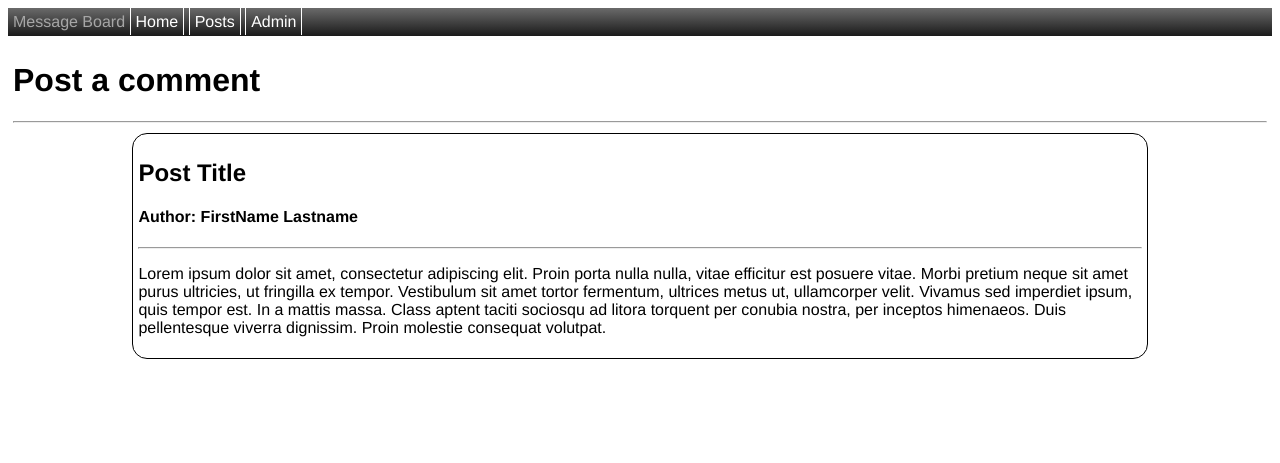
Repository: JesseFo/Whitespace
Page: http://localhost/whitespace/WEB-INF/comment.jsp
These files come from the project's save history. The page is drawn as it stood at one moment and after the next save; the edit follows.
The browser window is 1280 px wide. The pictures show the whole page.
The page is served by Tomcat 9. Nobody is signed in. Other server files are loaded and not shown. The template is opened directly, without the code that normally fills it, so the values that code supplies are empty.

Above is the page before, as saved 2015-12-05 08:37:00.

### whitespace/WebContent/WEB-INF/comment.jsp
<%@ page language="java" contentType="text/html; charset=ISO-8859-1"
    pageEncoding="ISO-8859-1"%>
<!DOCTYPE html PUBLIC "-//W3C//DTD HTML 4.01 Transitional//EN" "http://www.w3.org/TR/html4/loose.dtd">
<html>
	<head>
		<meta http-equiv="Content-Type" content="text/html; charset=ISO-8859-1">
		<title>Posts</title>
		<link rel="stylesheet" type="text/css" href="main.css">
	</head>
	<body>
		<div id="wrapper">
			<nav>
				Message Board
				<a href="#">Home</a>
				<a href="posts.jsp">Posts</a>
				<a href="#">Admin</a>
			</nav>

			<div id="content">
				<h1>Post a comment</h1>
				<hr />
				<div class="post">
					<h2>Post Title</h2>
					<h4>Author: FirstName Lastname</h4>
					<hr />
					<p>Lorem ipsum dolor sit amet, consectetur adipiscing elit. Proin porta nulla nulla, vitae efficitur est posuere vitae. Morbi pretium neque sit amet purus ultricies, ut fringilla ex tempor. Vestibulum sit amet tortor fermentum, ultrices metus ut, ullamcorper velit. Vivamus sed imperdiet ipsum, quis tempor est. In a mattis massa. Class aptent taciti sociosqu ad litora torquent per conubia nostra, per inceptos himenaeos. Duis pellentesque viverra dignissim. Proin molestie consequat volutpat.</p>
					<a href="comment.jsp?p=postid"></a>
				</div>
			</div>
		</div>
	</body>
</html>

### whitespace/WebContent/WEB-INF/main.css
@CHARSET "ISO-8859-1";

#wrapper
{
	font-family: Helvetica, Arial, sans-serif;
}

nav
{
  background: -webkit-linear-gradient(#6A6A6A, #1A1A1A); /* For Safari 5.1 to 6.0 */
  background: -o-linear-gradient(#6A6A6A, #1A1A1A); /* For Opera 11.1 to 12.0 */
  background: -moz-linear-gradient(#6A6A6A, #1A1A1A); /* For Firefox 3.6 to 15 */
  background: linear-gradient(#6A6A6A, #1A1A1A); /* Standard syntax */
  color: #A6A6A6;
  padding: 5px
}

nav > a
{
	text-decoration: none;
	color: white;
	padding: 5px;
	border-left: 1px solid white;
	border-right: 1px solid white;
	margin: 0;
}

#content
{
	padding: 5px;
}

td
{
	padding-right: 5px;
}

.formlabel
{
	text-align: right;
}

.post
{
	border: 1px solid black;
	border-radius: 15px;
	width: 80%;
	padding: 5px;
	margin: 10px auto;
}

After the next save:
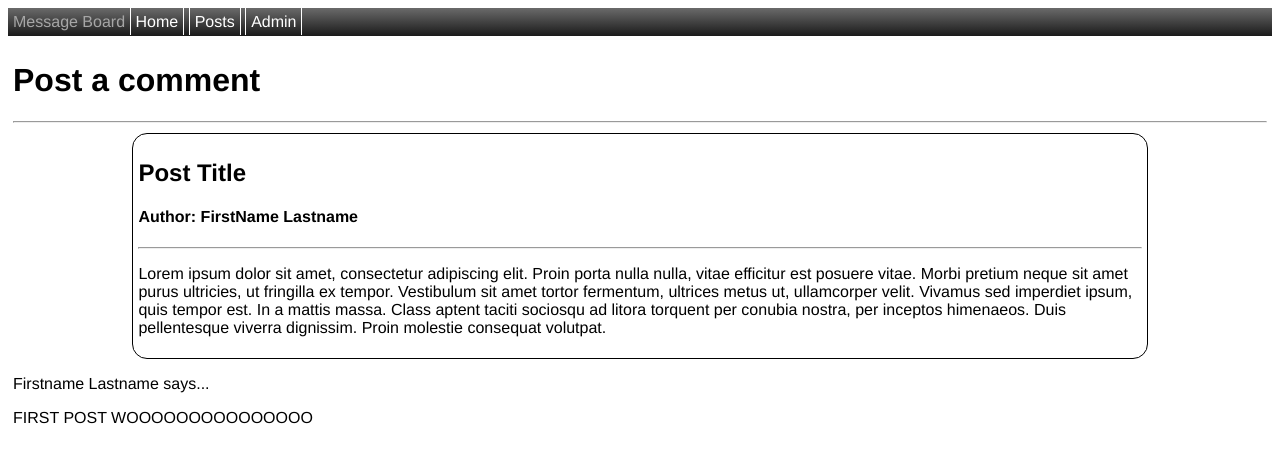
Saved 4 min 16 s later.
--- a/whitespace/WebContent/WEB-INF/comment.jsp
+++ b/whitespace/WebContent/WEB-INF/comment.jsp
@@ -19,12 +19,17 @@
 			<div id="content">
 				<h1>Post a comment</h1>
 				<hr />
+
 				<div class="post">
 					<h2>Post Title</h2>
 					<h4>Author: FirstName Lastname</h4>
 					<hr />
 					<p>Lorem ipsum dolor sit amet, consectetur adipiscing elit. Proin porta nulla nulla, vitae efficitur est posuere vitae. Morbi pretium neque sit amet purus ultricies, ut fringilla ex tempor. Vestibulum sit amet tortor fermentum, ultrices metus ut, ullamcorper velit. Vivamus sed imperdiet ipsum, quis tempor est. In a mattis massa. Class aptent taciti sociosqu ad litora torquent per conubia nostra, per inceptos himenaeos. Duis pellentesque viverra dignissim. Proin molestie consequat volutpat.</p>
-					<a href="comment.jsp?p=postid"></a>
+				</div>
+
+				<div class="comment">
+					<p>Firstname Lastname says...</p>
+					<p>FIRST POST WOOOOOOOOOOOOOOO</p>
 				</div>
 			</div>
 		</div>
